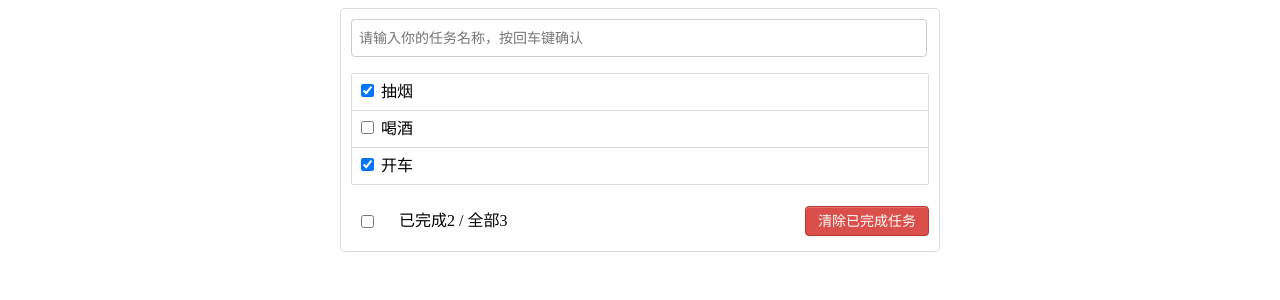
Repository: weiqsctj/TodoList
Page: /
These files come from the project's save history. The page is drawn as it stood at one moment and after a run of saves; the edit follows.
The browser window is 1280 px wide. The pictures show the whole page.
The project was rebuilt for these pictures with package versions that can differ from the ones it lists, and the page was loaded fresh each time. Also part of the build but not shown: vue.config.js.

Above is the page before, as saved 2021-12-24 21:11:06.

### public/index.html
<!DOCTYPE html>
<html lang="">
  <head>
    <meta charset="utf-8">
    <meta http-equiv="X-UA-Compatible" content="IE=edge">
    <meta name="viewport" content="width=device-width,initial-scale=1.0">
    <link rel="icon" href="<%= BASE_URL %>favicon.ico">
    <title><%= htmlWebpackPlugin.options.title %></title>
  </head>
  <body>
    <noscript>
      <strong>We're sorry but <%= htmlWebpackPlugin.options.title %> doesn't work properly without JavaScript enabled. Please enable it to continue.</strong>
    </noscript>
    <div id="app"></div>
    <!-- built files will be auto injected -->
  </body>
</html>

### src/App.vue
<template>

	<div id="root">
		<div class="todo-container">
			<div class="todo-wrap">
				<MyHeader :addTodo="addTodo"/>
				<MyList :todos="todos" :checkTodo="checkTodo" :deleteTodo="deleteTodo"/>
				<MyFooter :todos="todos" :checkAllTodo="checkAllTodo" :clearAllTodo="clearAllTodo"/>
			</div>
		</div>
	</div>

</template>

<script>
	import MyHeader from './components/MyHeader'
	import MyList from './components/MyList'
	import MyFooter from './components/MyFooter.vue'

	export default {
		name:'App',
		components:{MyHeader,MyList,MyFooter},
		data() {
			return {
				//由于todos是MyHeader组件和MyFooter组件都在使用，所以放在App中（状态提升）
				todos:[
					{id:'001',title:'抽烟',done:true},
					{id:'002',title:'喝酒',done:false},
					{id:'003',title:'开车',done:true}
				]
			}
		},
		methods: {
			//添加一个todo
			addTodo(todoObj){
				this.todos.unshift(todoObj)
			},
			//勾选or取消勾选一个todo
			checkTodo(id){
				this.todos.forEach((todo)=>{
					if(todo.id === id) todo.done = !todo.done
				})
			},
			//删除一个todo
			deleteTodo(id){
				this.todos = this.todos.filter( todo => todo.id !== id )
			},
			//全选or取消全选
			checkAllTodo(done){
				this.todos.forEach((todo)=>{
					todo.done = done
				})
			},
			//清除所有已经完成的todo
			clearAllTodo(){
				this.todos = this.todos.filter((todo)=>{
					return !todo.done
				})
			}
		}
	}
</script>

<style>
	/*base*/
	body {
		background: #fff;
	}
	.btn {
		display: inline-block;
		padding: 4px 12px;
		margin-bottom: 0;
		font-size: 14px;
		line-height: 20px;
		text-align: center;
		vertical-align: middle;
		cursor: pointer;
		box-shadow: inset 0 1px 0 rgba(255, 255, 255, 0.2), 0 1px 2px rgba(0, 0, 0, 0.05);
		border-radius: 4px;
	}
	.btn-danger {
		color: #fff;
		background-color: #da4f49;
		border: 1px solid #bd362f;
	}
	.btn-danger:hover {
		color: #fff;
		background-color: #bd362f;
	}
	.btn:focus {
		outline: none;
	}
	.todo-container {
		width: 600px;
		margin: 0 auto;
	}
	.todo-container .todo-wrap {
		padding: 10px;
		border: 1px solid #ddd;
		border-radius: 5px;
	}
</style>

### src/components/MyHeader.vue
<template>
	<div class="todo-header">
		<input type="text" placeholder="请输入你的任务名称，按回车键确认" v-model="title" @keyup.enter="add"/>
	</div>
</template>

<script>
	import {nanoid} from 'nanoid'

	export default {
		name:'MyHeader',
		//接收从App传递过来的addTodo
		props:['addTodo'],
		data() {
			return {
				//收集用户输入的title
				title:''
			}
		},
		methods: {
			add(){
				//校验数据
				if(!this.title.trim()) return alert('输入不能为空')
				//将用户的输入包装成一个todo对象
				const todoObj = {id:nanoid(),title:this.title,done:false}
				//通知App组件去添加一个todo对象
				this.addTodo(todoObj)
				//清空输入
				this.title = ''
			}
		},
	}
</script>

<style scoped>
	/*header*/
	.todo-header input {
		width: 560px;
		height: 28px;
		font-size: 14px;
		border: 1px solid #ccc;
		border-radius: 4px;
		padding: 4px 7px;
	}

	.todo-header input:focus {
		outline: none;
		border-color: rgba(82, 168, 236, 0.8);
		box-shadow: inset 0 1px 1px rgba(0, 0, 0, 0.075), 0 0 8px rgba(82, 168, 236, 0.6);
	}
</style>

### src/components/MyList.vue
<template>
	<ul class="todo-main">
		<MyItem
			v-for="todoObj in todos"
			:key="todoObj.id"
			:todo="todoObj"
			:checkTodo="checkTodo"
			:deleteTodo="deleteTodo"
		/>
	</ul>
</template>

<script>
	import MyItem from './MyItem'

	export default {
		name:'MyList',
		components:{MyItem},
		//声明接收App传递过来的数据，其中todos是自己用的，checkTodo和deleteTodo是给子组件MyItem用的
		props:['todos','checkTodo','deleteTodo']
	}
</script>

<style scoped>
	/*main*/
	.todo-main {
		margin-left: 0px;
		border: 1px solid #ddd;
		border-radius: 2px;
		padding: 0px;
	}

	.todo-empty {
		height: 40px;
		line-height: 40px;
		border: 1px solid #ddd;
		border-radius: 2px;
		padding-left: 5px;
		margin-top: 10px;
	}
</style>

### src/components/MyFooter.vue
<template>
	<div class="todo-footer" v-show="total">
		<label>
			<input type="checkbox" :checked="isAll" @change="checkAll"/>
			<!-- <input type="checkbox" v-model="isAll"/> -->
		</label>
		<span>
			<span>已完成{{doneTotal}}</span> / 全部{{total}}
		</span>
		<button class="btn btn-danger" @click="clearAll">清除已完成任务</button>
	</div>
</template>

<script>
	export default {
		name:'MyFooter',
		props:['todos','checkAllTodo','clearAllTodo'],
		computed: {
			//总数
			total(){
				return this.todos.length
			},
			//已完成数
			doneTotal(){
				//此处使用reduce方法做条件统计
				/* const x = this.todos.reduce((pre,current)=>{
					console.log('@',pre,current)
					return pre + (current.done ? 1 : 0)
				},0) */
				//简写
				return this.todos.reduce((pre,todo)=> pre + (todo.done ? 1 : 0) ,0)
			},
			//控制全选框
			isAll:{
				//全选框是否勾选
				get(){
					return this.doneTotal === this.total && this.total > 0
				},
				//isAll被修改时set被调用
				set(value){
					this.checkAllTodo(value)
				}
			}
		},
		methods: {
			/* checkAll(e){
				this.checkAllTodo(e.target.checked)
			} */
			//清空所有已完成
			clearAll(){
				this.clearAllTodo()
			}
		},
    }
</script>

<style scoped>
	/*footer*/
	.todo-footer {
		height: 40px;
		line-height: 40px;
		padding-left: 6px;
		margin-top: 5px;
	}

	.todo-footer label {
		display: inline-block;
		margin-right: 20px;
		cursor: pointer;
	}

	.todo-footer label input {
		position: relative;
		top: -1px;
		vertical-align: middle;
		margin-right: 5px;
	}

	.todo-footer button {
		float: right;
		margin-top: 5px;
	}
</style>

### src/components/MyItem.vue
<template>
	<li>
		<label>
			<input type="checkbox" :checked="todo.done" @change="handleCheck(todo.id)"/>
			<!-- 如下代码也能实现功能，但是不太推荐，因为有点违反原则，因为修改了props -->
			<!-- <input type="checkbox" v-model="todo.done"/>-->

			<span>
				{{todo.title}}
			</span>
		</label>
		<button class="btn btn-danger" @click="handleDelete(todo.id)">删除</button>
	</li>
</template>

<script>
	export default {
		name:'MyItem',
		// 声明接收todo、checkTodo、deleteTodo
		props:['todo','checkTodo','deleteTodo'],
		methods: {
			//勾选or取消勾选
			handleCheck(id){
				//通知App组件将对应的todo对象的done值取反
				this.checkTodo(id)
			},
			//删除
			handleDelete(id){
				if(confirm('确定删除吗？')){
					//通知App组件将对应的todo对象删除
					this.deleteTodo(id)
				}
			}
		},
	}
</script>

<style scoped>
	/*item*/
	li {
		list-style: none;
		height: 36px;
		line-height: 36px;
		padding: 0 5px;
		border-bottom: 1px solid #ddd;
	}

	li label {
		float: left;
		cursor: pointer;
	}

	li label li input {
		vertical-align: middle;
		margin-right: 6px;
		position: relative;
		top: -1px;
	}

	li button {
		float: right;
		display: none;
		margin-top: 3px;
	}

	li:before {
		content: initial;
	}

	li:last-child {
		border-bottom: none;
	}

	li:hover{
		background-color: #ddd;
	}

	li:hover button{
		display: block;
	}

</style>

Loaded but not shown: src/main.js (common file)

After the next 2 saves:
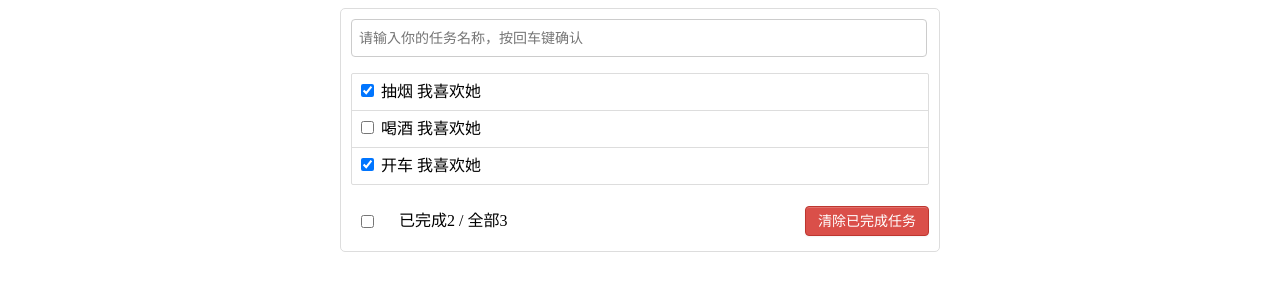
The 2 saves are shown as one change because they came seconds apart.
The last was saved 6 s later.
--- a/src/components/MyItem.vue
+++ b/src/components/MyItem.vue
@@ -6,7 +6,7 @@
 			<!-- <input type="checkbox" v-model="todo.done"/>-->
 
 			<span>
-				{{todo.title}}
+				{{todo.title}}   我喜欢她
 			</span>
 		</label>
 		<button class="btn btn-danger" @click="handleDelete(todo.id)">删除</button>
